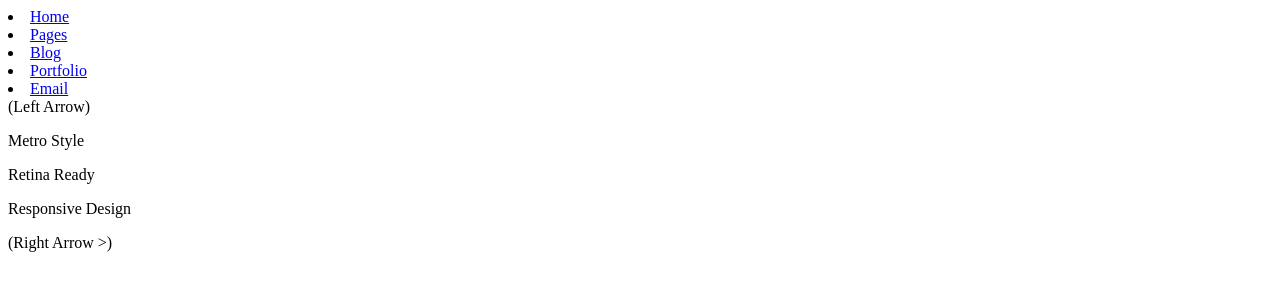
Repository: VernaMak/MDIA2003C-Project-1
Page: index.html
The author's editor kept a copy of each file at every save. The page is drawn from the files as they stood at one save, then again after the next save.
The browser window is 1280 px wide. The pictures show the whole page.

Above is the page before, as saved 2022-01-25 21:04:39.

After the next save:
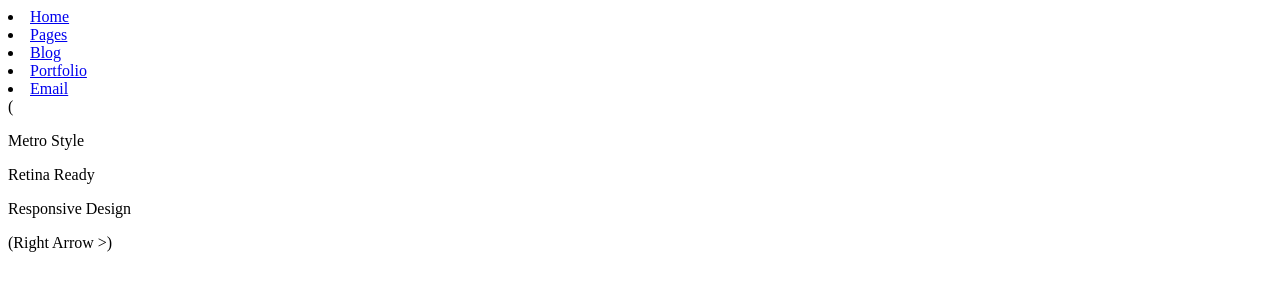
Saved 21 s later.
--- a/index.html
+++ b/index.html
@@ -17,7 +17,7 @@
     </header>
 
     <div class="banner">
-        <div class="arrow-left">(Left Arrow)</div>
+        <div class="arrow-left">(<Left Arrow)</div>
 
         <div class="bannerbox">
             <div class="bannerbox-blue">
